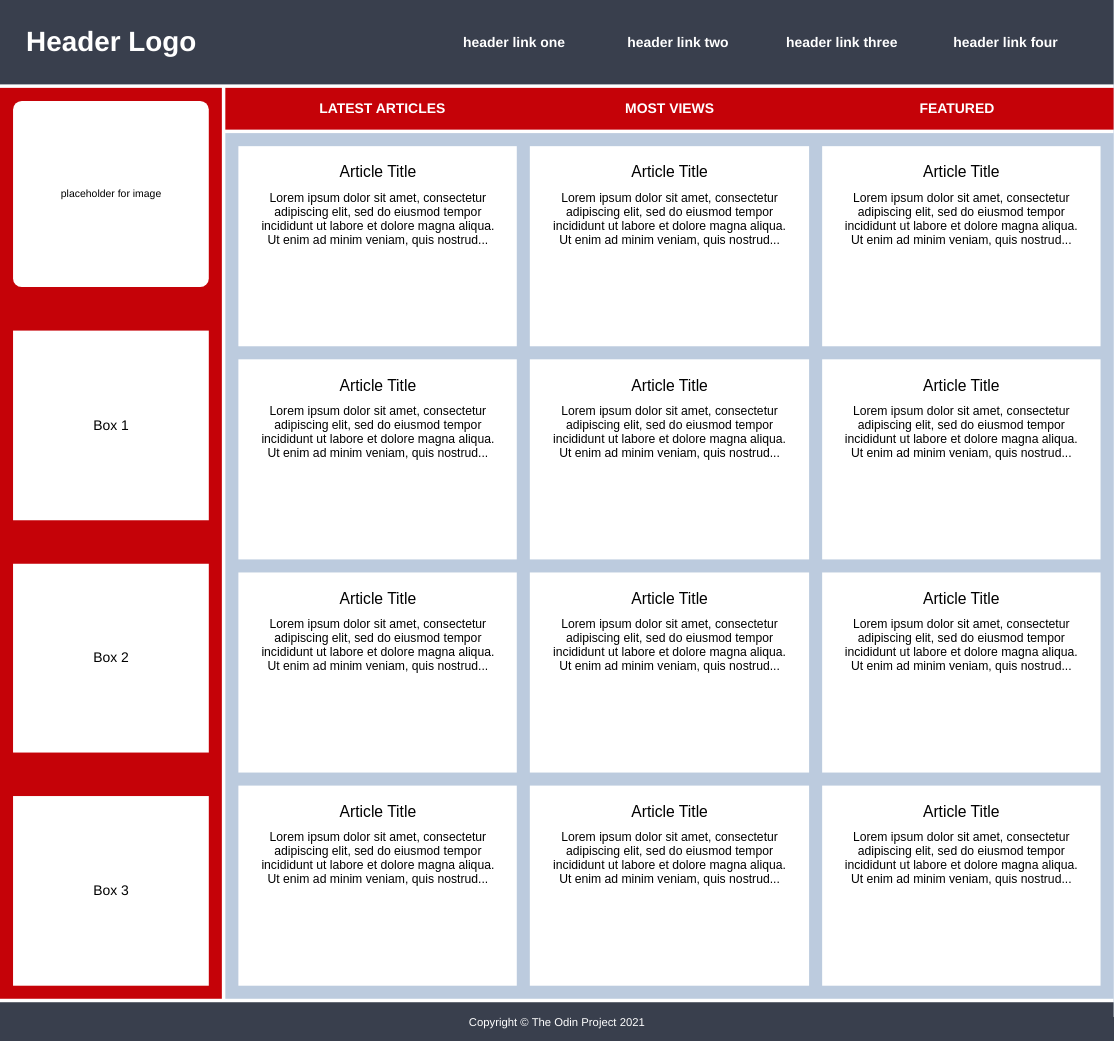
Repository: gkintu/css-exercises
Page: intermediate-html-css/advanced-grid/02-holy-grail-mockup/index.html
These files come from the project's save history. The page is drawn as it stood at one moment and after the next save; the edit follows.
The browser window is 1280 px wide. The pictures show the whole page, at 87% of full size.

Above is the page before, as saved 2025-03-04 11:56:09.

### intermediate-html-css/advanced-grid/02-holy-grail-mockup/index.html
<!DOCTYPE html>
<html lang="en">
  <head>
    <meta charset="UTF-8">
    <meta http-equiv="X-UA-Compatible" content="IE=edge">
    <meta name="viewport" content="width=device-width, initial-scale=1.0">
    <title>Holy Grail Mockup</title>
    <link rel="stylesheet" href="style.css">
  </head>
  <body>
    <div class="container">

      <div class="header">
        <div class="logo">Header Logo</div>
        <div class="menu">
          <ul>
            <li>header link one</li>
            <li>header link two</li>
            <li>header link three</li>
            <li>header link four</li>
          </ul>
        </div>
      </div>

      <div class="sidebar">
        <div class="photo">
          <p>placeholder for image</p>
        </div>
        <div class="side-content">Box 1
        </div>
        <div class="side-content">Box 2
        </div>
        <div class="side-content">Box 3
        </div>
      </div>

      <div class="nav">
        <ul>
          <li>Latest Articles</li>
          <li>Most Views</li>
          <li>Featured</li>
        </ul>
      </div>

      <div class="article">
        <div class="card">
          <p class="title">Article Title</p>
          <p>Lorem ipsum dolor sit amet, consectetur adipiscing elit, sed do eiusmod tempor incididunt ut labore et dolore magna aliqua. Ut enim ad minim veniam, quis nostrud...</p>
        </div>
        <div class="card">
          <p class="title">Article Title</p>
          <p>Lorem ipsum dolor sit amet, consectetur adipiscing elit, sed do eiusmod tempor incididunt ut labore et dolore magna aliqua. Ut enim ad minim veniam, quis nostrud...</p>
        </div>
        <div class="card">
          <p class="title">Article Title</p>
          <p>Lorem ipsum dolor sit amet, consectetur adipiscing elit, sed do eiusmod tempor incididunt ut labore et dolore magna aliqua. Ut enim ad minim veniam, quis nostrud...</p>
        </div>
        <div class="card">
          <p class="title">Article Title</p>
          <p>Lorem ipsum dolor sit amet, consectetur adipiscing elit, sed do eiusmod tempor incididunt ut labore et dolore magna aliqua. Ut enim ad minim veniam, quis nostrud...</p>
        </div>
        <div class="card">
          <p class="title">Article Title</p>
          <p>Lorem ipsum dolor sit amet, consectetur adipiscing elit, sed do eiusmod tempor incididunt ut labore et dolore magna aliqua. Ut enim ad minim veniam, quis nostrud...</p>
        </div>
        <div class="card">
          <p class="title">Article Title</p>
          <p>Lorem ipsum dolor sit amet, consectetur adipiscing elit, sed do eiusmod tempor incididunt ut labore et dolore magna aliqua. Ut enim ad minim veniam, quis nostrud...</p>
        </div>
        <div class="card">
          <p class="title">Article Title</p>
          <p>Lorem ipsum dolor sit amet, consectetur adipiscing elit, sed do eiusmod tempor incididunt ut labore et dolore magna aliqua. Ut enim ad minim veniam, quis nostrud...</p>
        </div>
        <div class="card">
          <p class="title">Article Title</p>
          <p>Lorem ipsum dolor sit amet, consectetur adipiscing elit, sed do eiusmod tempor incididunt ut labore et dolore magna aliqua. Ut enim ad minim veniam, quis nostrud...</p>
        </div>
        <div class="card">
          <p class="title">Article Title</p>
          <p>Lorem ipsum dolor sit amet, consectetur adipiscing elit, sed do eiusmod tempor incididunt ut labore et dolore magna aliqua. Ut enim ad minim veniam, quis nostrud...</p>
        </div>
        <div class="card">
          <p class="title">Article Title</p>
          <p>Lorem ipsum dolor sit amet, consectetur adipiscing elit, sed do eiusmod tempor incididunt ut labore et dolore magna aliqua. Ut enim ad minim veniam, quis nostrud...</p>
        </div>
        <div class="card">
          <p class="title">Article Title</p>
          <p>Lorem ipsum dolor sit amet, consectetur adipiscing elit, sed do eiusmod tempor incididunt ut labore et dolore magna aliqua. Ut enim ad minim veniam, quis nostrud...</p>
        </div>
        <div class="card">
          <p class="title">Article Title</p>
          <p>Lorem ipsum dolor sit amet, consectetur adipiscing elit, sed do eiusmod tempor incididunt ut labore et dolore magna aliqua. Ut enim ad minim veniam, quis nostrud...</p>
        </div>
      </div>

      <div class="footer">
        <p>Copyright © The Odin Project 2021</p>
      </div>

    </div>
  </body>
</html>

### intermediate-html-css/advanced-grid/02-holy-grail-mockup/style.css
* {
  margin: 0;
  padding: 0;
}

.container {
  display: grid;
  text-align: center;
  grid-template-columns: 1fr 4fr;
  gap: 4px;
}

.container div {
  padding: 15px;
  font-size: 32px;
  font-family: Helvetica;
  font-weight: bold;
  color: white;
}

.header {

  background-color: #393f4d;
  display: grid;
  grid-column: 1 / 3;

  align-items: center;

}

.logo {
  justify-self: start;
}

.menu {
  grid-column: 2 / 3;

}

.menu ul {
  display: grid;
  list-style-type: none;
  grid-template-columns: repeat(4, 1fr);

}



.menu ul,
.menu li {
  font-size: 16px;
}

.sidebar {
  background-color: #C50208;
  display:grid;
  gap: 50px;

  grid-column: 1 / 2;
  grid-row: 2/4;
}

.photo,
.side-content {
  display:grid;
  align-items: center;
}

.sidebar .photo {
  background-color: white;
  color: black;
  font-size: 12px;
  font-weight: normal;
  border-radius: 10px;

}


.sidebar .side-content {
  background-color: white;
  color: black;
  font-size: 16px;
  font-weight: normal;
}

.nav {

  background-color: #C50208;
  grid-column: 2 / 3;
  grid-row: 2;
  align-self: start;
}

.nav ul {
  display:grid;
  grid-template-columns: repeat(3, 1fr);

}

.nav ul li {
  font-size: 16px;
  text-transform: uppercase;
  list-style-type: none;
}

.article {

  background-color: #bccbde;
  grid-column: 2 / 3;
  grid-row: 3;
  display:grid;
  grid-template-columns: repeat(auto-fit, minmax(250px, 1fr));
  gap: 15px;

}

.card {
  height: 200px;

}

.article p {
  font-size: 18px;
  font-family: sans-serif;
  color: white;

  padding:2px;
}

.article .card {
  background-color: #FFFFFF;
  color: black;
  text-align: center;
}

.card p {
  color: black;
  font-weight: normal;
  font-size: 14px;
  padding: 5px;
}

.card .title {
  font-size: 18px;
  text-align: center;
}

.footer {


  background-color: #393f4d;
  grid-column: 1 / 3;
  grid-row: 4;
}

.footer p {
  font-size: 13px;
  font-weight: normal;
}

After the next save:
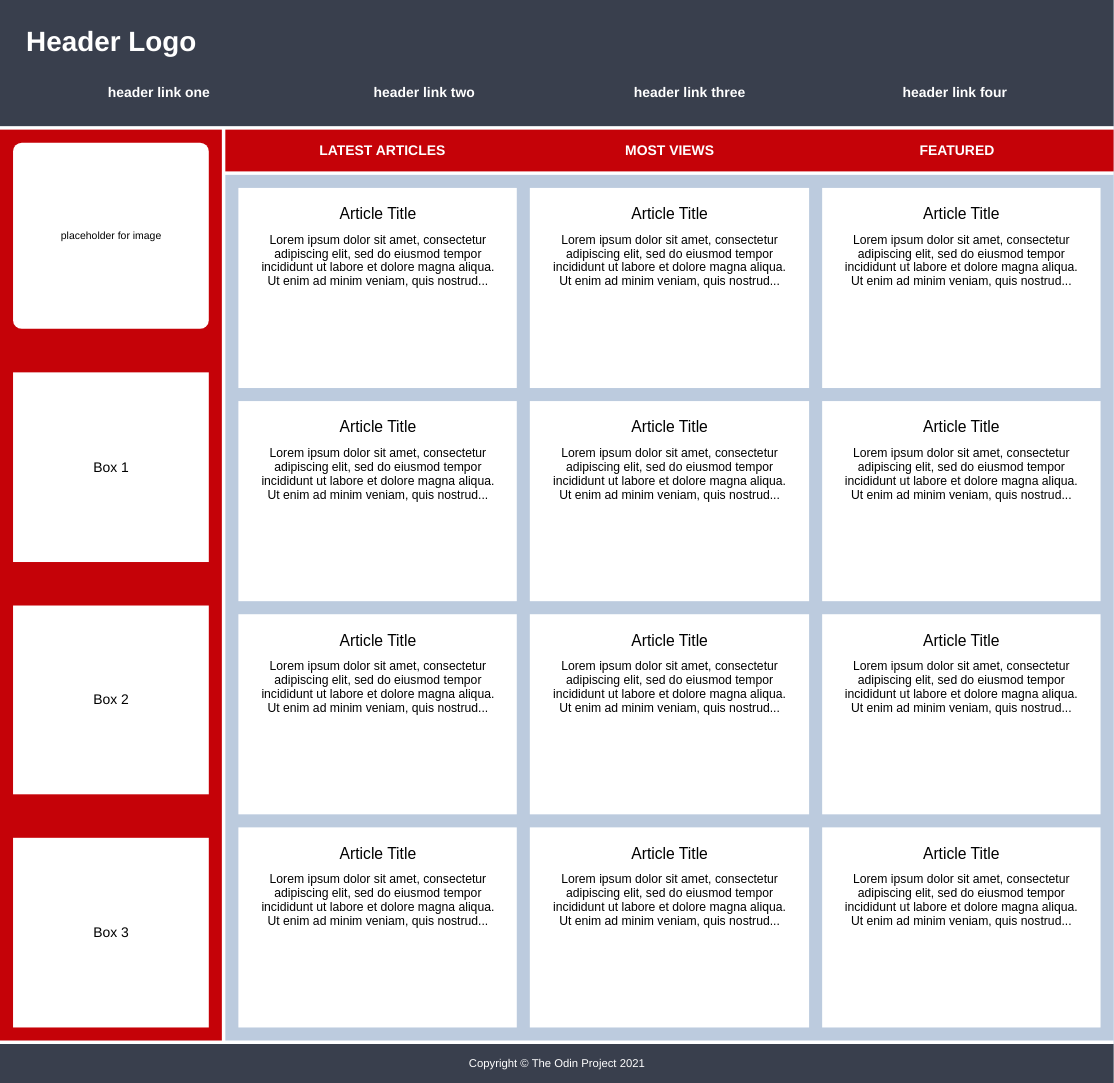
Saved 2 min 1 s later.
--- a/intermediate-html-css/advanced-grid/02-holy-grail-mockup/style.css
+++ b/intermediate-html-css/advanced-grid/02-holy-grail-mockup/style.css
@@ -33,7 +33,7 @@
 }
 
 .menu {
-  grid-column: 2 / 3;
+  grid-column: 1 / 3;
 
 }
 

After the save that followed:
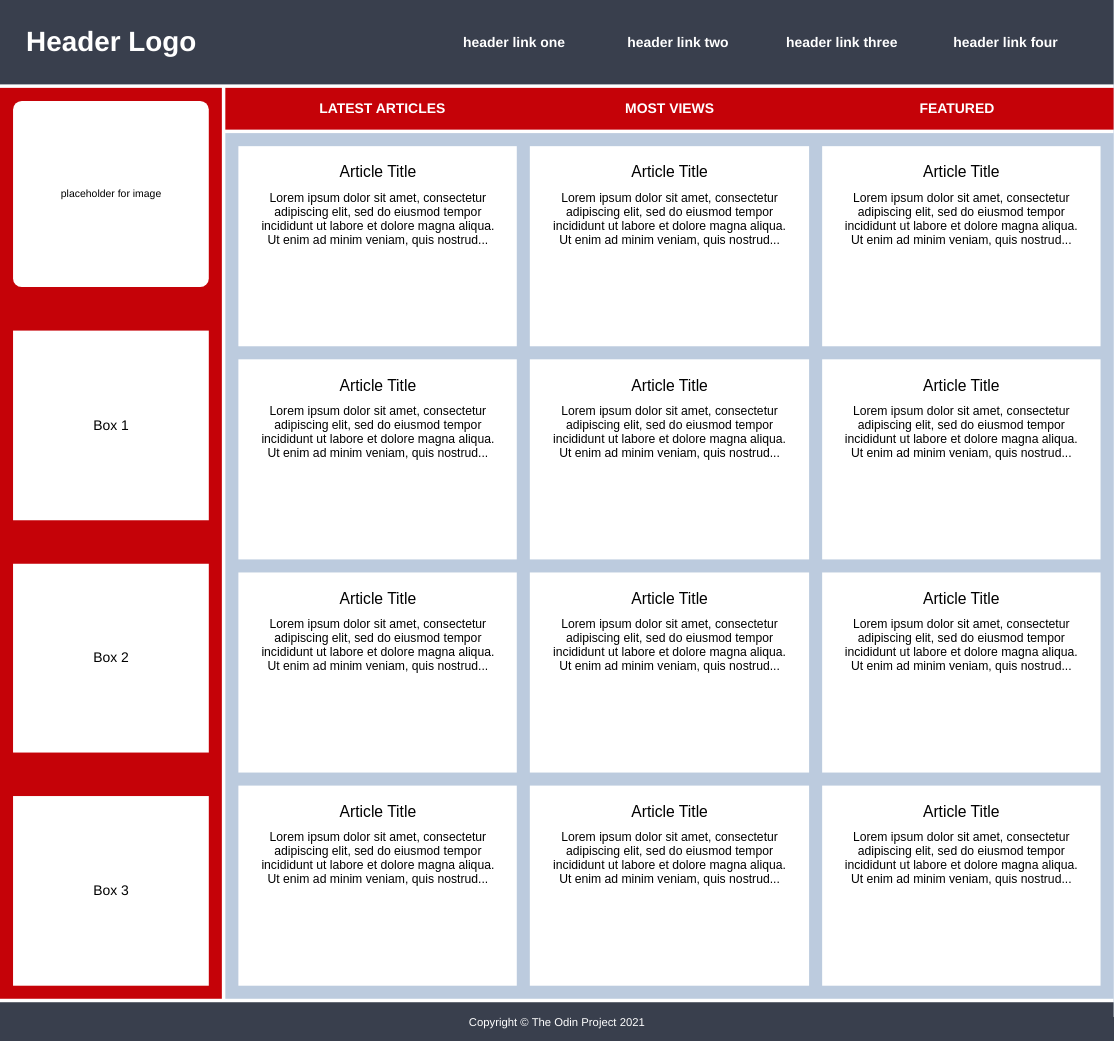
Saved 6 s later.
--- a/intermediate-html-css/advanced-grid/02-holy-grail-mockup/style.css
+++ b/intermediate-html-css/advanced-grid/02-holy-grail-mockup/style.css
@@ -33,7 +33,7 @@
 }
 
 .menu {
-  grid-column: 1 / 3;
+  grid-column: 2 / 3;
 
 }
 
